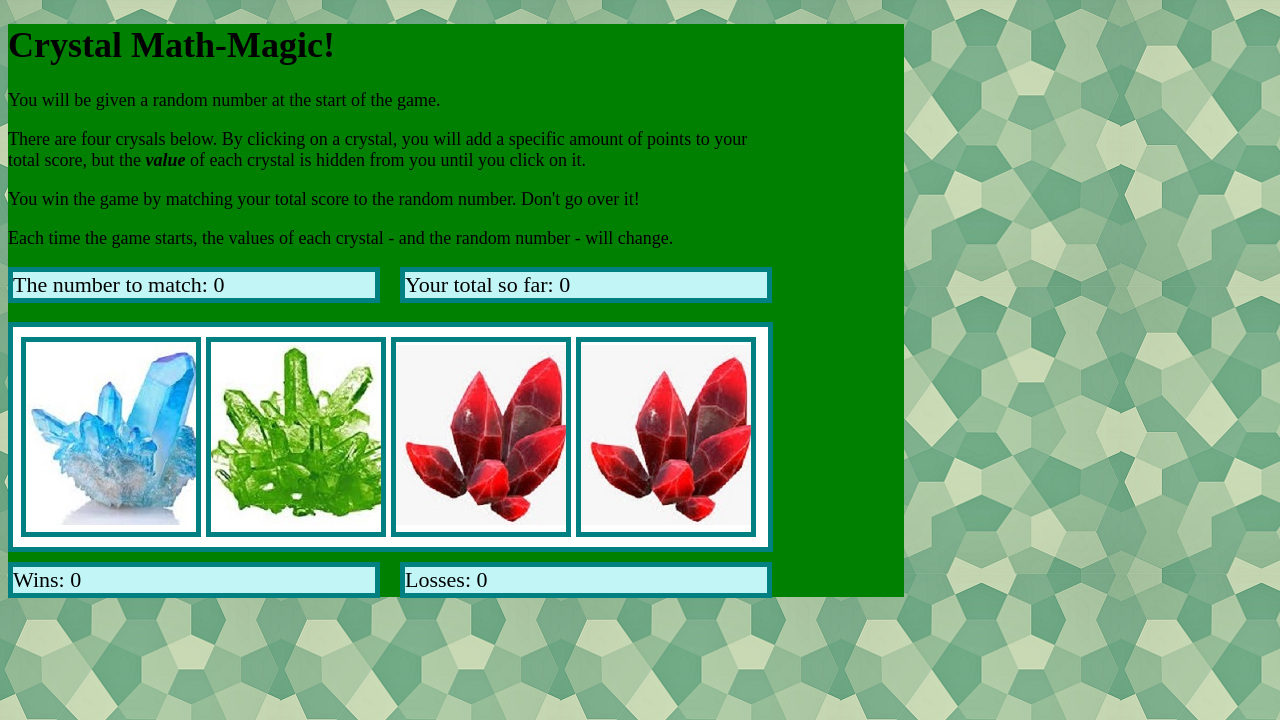
Repository: dsaftler/unit-4-game
Page: index.html
These files come from the project's save history. The page is drawn as it stood at one moment and after the next save; the edit follows.
The browser window is 1280 px wide. The pictures show the whole page.
Some web fonts or font styles are not loaded; a fallback is used.

Above is the page before, as saved 2019-04-01 22:44:34.

### index.html
<!DOCTYPE html>
<html lang="en">
<head>
  <meta charset="UTF-8">
  <meta name="viewport" content="width=device-width, initial-scale=1.0">
  <meta http-equiv="X-UA-Compatible" content="ie=edge">
  <link rel="stylesheet" href="assets/css/reset.css">
  <link rel="stylesheet" href="assets/css/style.css">
  <link href="https://fonts.googleapis.com/css?family=BioRhyme" rel="stylesheet">

  <title>Puzzle Crystal matching</title>
</head>
<body>
<div class="container">
  <h1>Crystal Math-Magic!</h1>
  <div class="instructions">
  <p>You will be given a random number at the start of the game.</p>
  <p>There are four crysals below.  By clicking on a crystal, you will add a specific amount of points to your total score, but the <strong><em>value</em></strong> of each crystal is hidden from you until you click on it.</p>
  <p>You win the game by matching your total score to the random number. Don't go over it!</p>
  <p>Each time the game starts, the values of each crystal - and the random number - will change.</p>
  </div>

  <div class="scoring-area">
    <div class="half first" id="randomTarget">The number to match: 0</div>
    <div class="half second" id="currentTotal">Your total so far: 0</div>
  </div>
  <div class="crystal-set">
    <div class="crystal clearfix" id="crystal_1"><img src="assets/images/crystal_1.jpg"></div>
    <div class="crystal clearfix" id="crystal_2"><img src="assets/images/crystal_2.jpg"></div>
    <div class="crystal clearfix" id="crystal_3"><img src="assets/images/crystal_3.jpg"></div>
    <div class="crystal clearfix" id="crystal_4"><img src="assets/images/crystal_4.jpg"></div>
  </div>
  <div class="scoring-area">
    <div class="half first" id="Wins">Wins: 0</div>
    <div class="half second" id="Losses">Losses: 0</div>
  </div>
</div>
    <script src="https://ajax.googleapis.com/ajax/libs/jquery/3.3.1/jquery.min.js"></script>

</body>
</html>

### assets/css/style.css
* {
  box-sizing: border-box;
}
body {
background-image: url("assets/images/congruent_pentagon.png");
width: 70%;
font-family: 'BioRhyme',serif;
font-size: 18px;

}
.container{
  background-color: green;


}
.instructions{
  width: 765px;
}
.scoring-area{
  clear:both;
  width:765px;
  height: 35px;
  margin-bottom: 20px;
  margin-top:10px;
}
.half{
  float: left;
  width: 372px;
  background-color: rgb(194, 245, 245);
  border: 5px solid teal;
  font-size: 22px;

}
.first {margin-right: 10px;}
.second {margin-left: 10px;}
/* #randomTarget {color: teal;}
#currentTotal {color: teal;} */
.crystal-set{
  background-color: #ffffff;
  height: 230px;
  width: 765px;
  border:5px solid teal;
  padding: 5px;
  padding-left:8px;
}
.crystal{
  display: block;
  align-content: center;
  float: left;
  height: 200px;
  width: 180px;
  margin-right: 5px;
  margin-top: 5px;

  border: teal 5px solid;


}
.clearfix {
  overflow: hidden;
}

Loaded but not shown: assets/css/reset.css (no stored copy; drawn as an empty file)

After the next save:
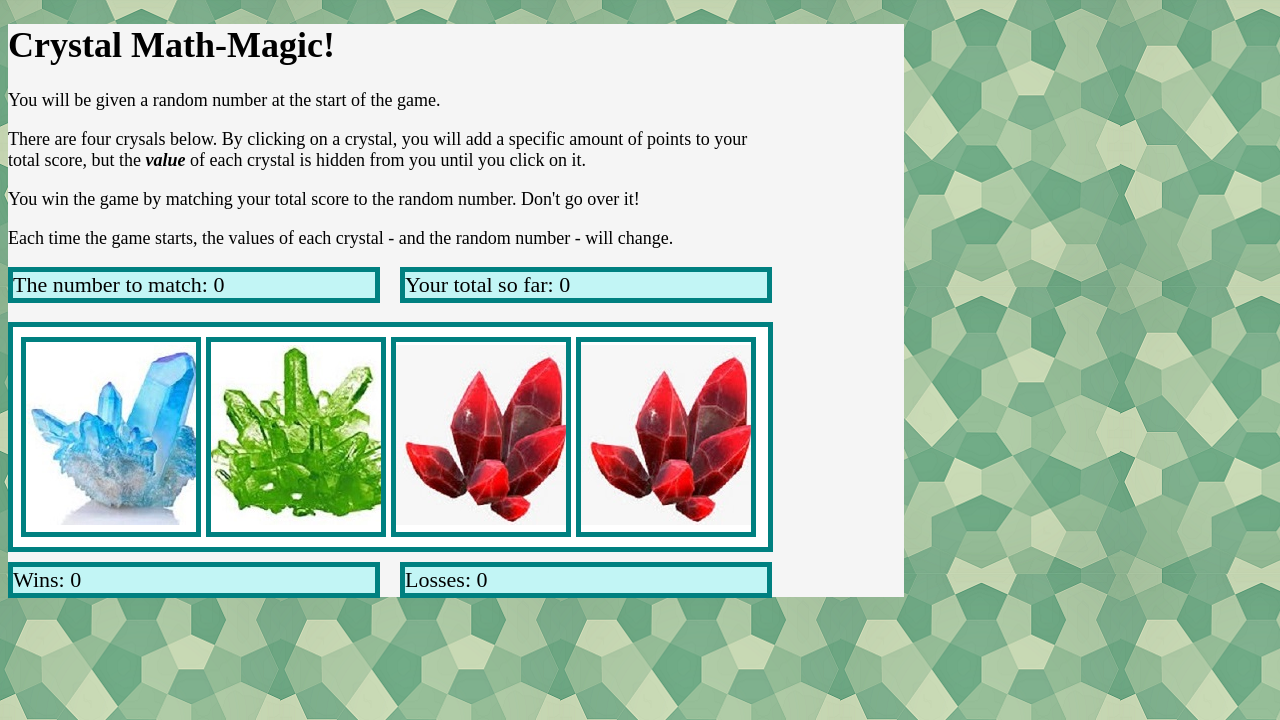
Saved 30 s later.
--- a/assets/css/style.css
+++ b/assets/css/style.css
@@ -9,7 +9,7 @@ font-size: 18px;
 
 }
 .container{
-  background-color: green;
+  background-color: whitesmoke;
 
 
 }
